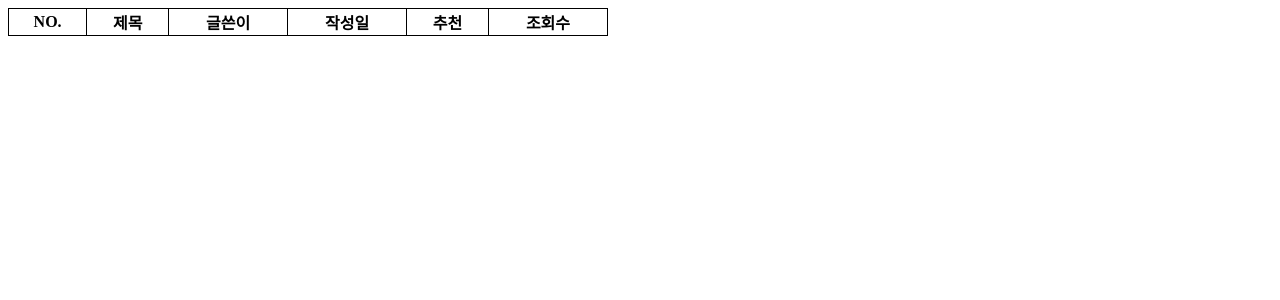
Repository: kimjoohye/study_WEB
Page: workspace/studyhtml5/WebContent/js/j09/h02.html
These files come from the project's save history. The page is drawn as it stood at one moment and after the next save; the edit follows.
The browser window is 1280 px wide. The pictures show the whole page.

Above is the page before, as saved 2022-05-09 00:47:40.

After the next save:
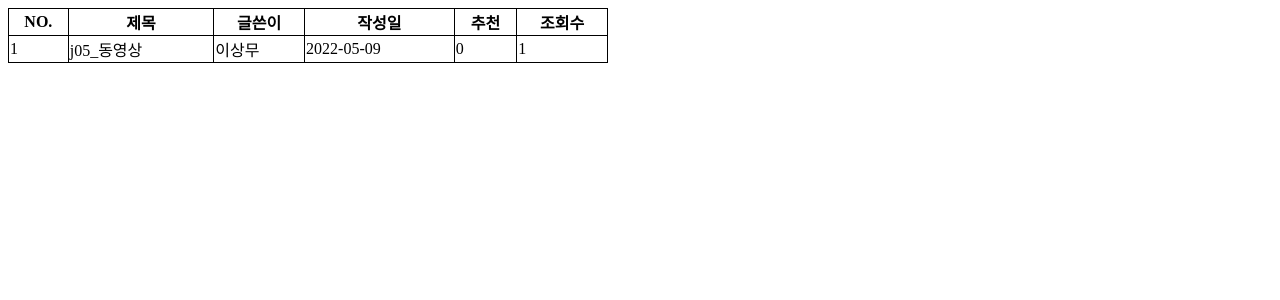
Saved 94 s later.
--- a/workspace/studyhtml5/WebContent/js/j09/h02.html
+++ b/workspace/studyhtml5/WebContent/js/j09/h02.html
@@ -34,7 +34,14 @@
        </tr>
      </thead>
      <tbody id="tableTbody">
-
+       <tr>
+         <td>1</td>
+         <td>j05_동영상</td>
+         <td>이상무</td>
+         <td>2022-05-09</td>
+         <td>0</td>
+         <td>1</td>
+       </tr>
      </tbody>
    </table>
 
